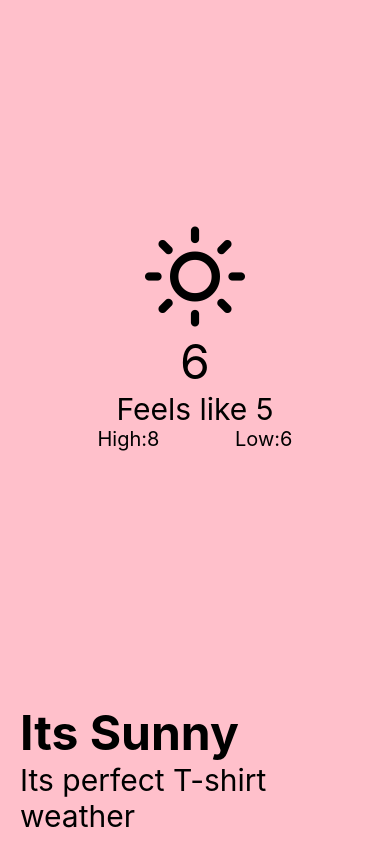
Repository: RossDee/WeatherApp
Screen: /
These files come from the project's save history. The screen is drawn as it stood at one moment and after the next save; the edit follows.
The app was drawn by React Native's web renderer in a window 390 px wide. The project was rebuilt for these pictures with package versions that can differ from the ones it lists, and the page was loaded fresh each time.

Above is the screen before, as saved 2023-10-14 21:27:36.

### App.js
import React from 'react';
import { SafeAreaView, StyleSheet, Text, View } from 'react-native';
import {Feather} from '@expo/vector-icons'

const App = () => {
  return (
    <SafeAreaView style = {style.wrapper}>
    <View style = {style.container}>
      <Feather name = "sun" size = {100} color = "black" />
      <Text style={style.temp} >6</Text>
      <Text style = {style.feels}>Feels like 5</Text>
      <View style = {style.highLowWrapper}>
        <Text style = {style.highLow}>High:8</Text>
        <Text style = {style.highLow}>Low:6</Text>
      </View>
    </View>
    <View style = {style.bodyWrapper}>
        <Text style = {style.description}>Its Sunny</Text>
      <Text style = {style.message}>Its perfect T-shirt weather</Text>
    </View>
    </SafeAreaView>
  )
}
const style  =StyleSheet.create({
  wrapper:{
    flex:1,
    backgroundColor:'pink',
  },
  container:{
    backgroundColor:'pink',
    flex:1,
    alignItems:'center',
    justifyContent:'center',
  },
  temp:{
    color:'black',
    fontSize:48,
 },
 feels:{
   color:'black',
   fontSize:30,
 },
  highLow:{
    color:'black',
    fontSize:20,
  },
  highLowWrapper:{
    flexDirection:'row',
    justifyContent:'space-between',
    width:'50%',
  },
  bodyWrapper:{
    width:'90%',
    padding:10,
    borderRadius:20,
    marginTop:20,
    paddingLeft:20,
  },
  description:{
    fontSize:48,
    fontWeight:'bold',
  },
  message:{
    fontSize:30,
  }
})

export default App

After the next save:
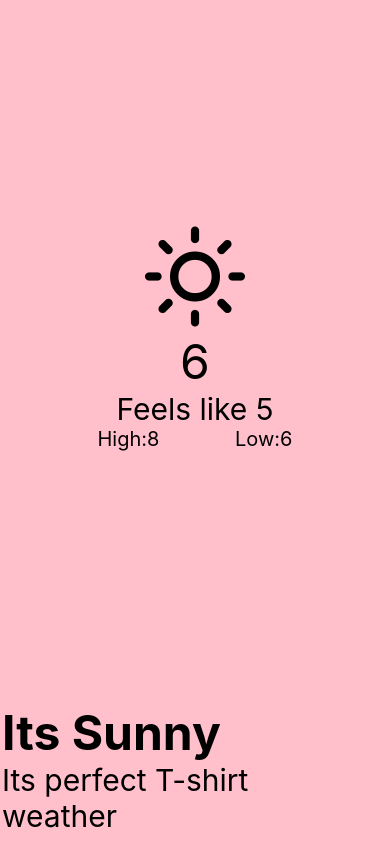
Saved 2 min 11 s later.
--- a/App.js
+++ b/App.js
@@ -54,7 +54,7 @@ const style  =StyleSheet.create({
     padding:10,
     borderRadius:20,
     marginTop:20,
-    paddingLeft:20,
+    paddingLeft:2,
   },
   description:{
     fontSize:48,
